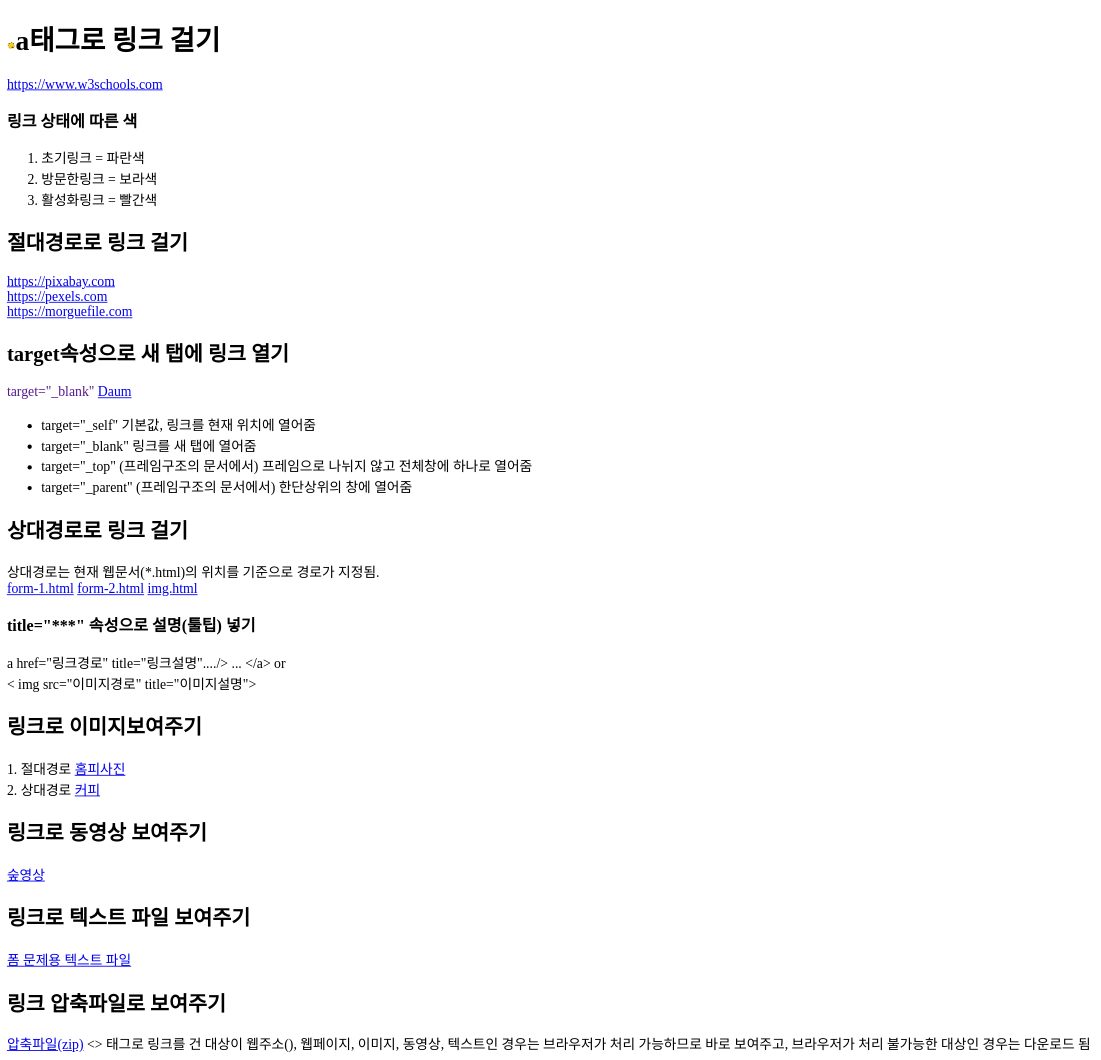
Repository: ReadStar/Web
Page: Html/html5/WebContent/A.html
An editor plug-in stored every save of this project. The page is shown before and after the next save, followed by the edit.
The browser window is 1280 px wide. The pictures show the whole page, at 86% of full size.

Above is the page before, as saved 2020-08-20 08:22:46.

After the next save:
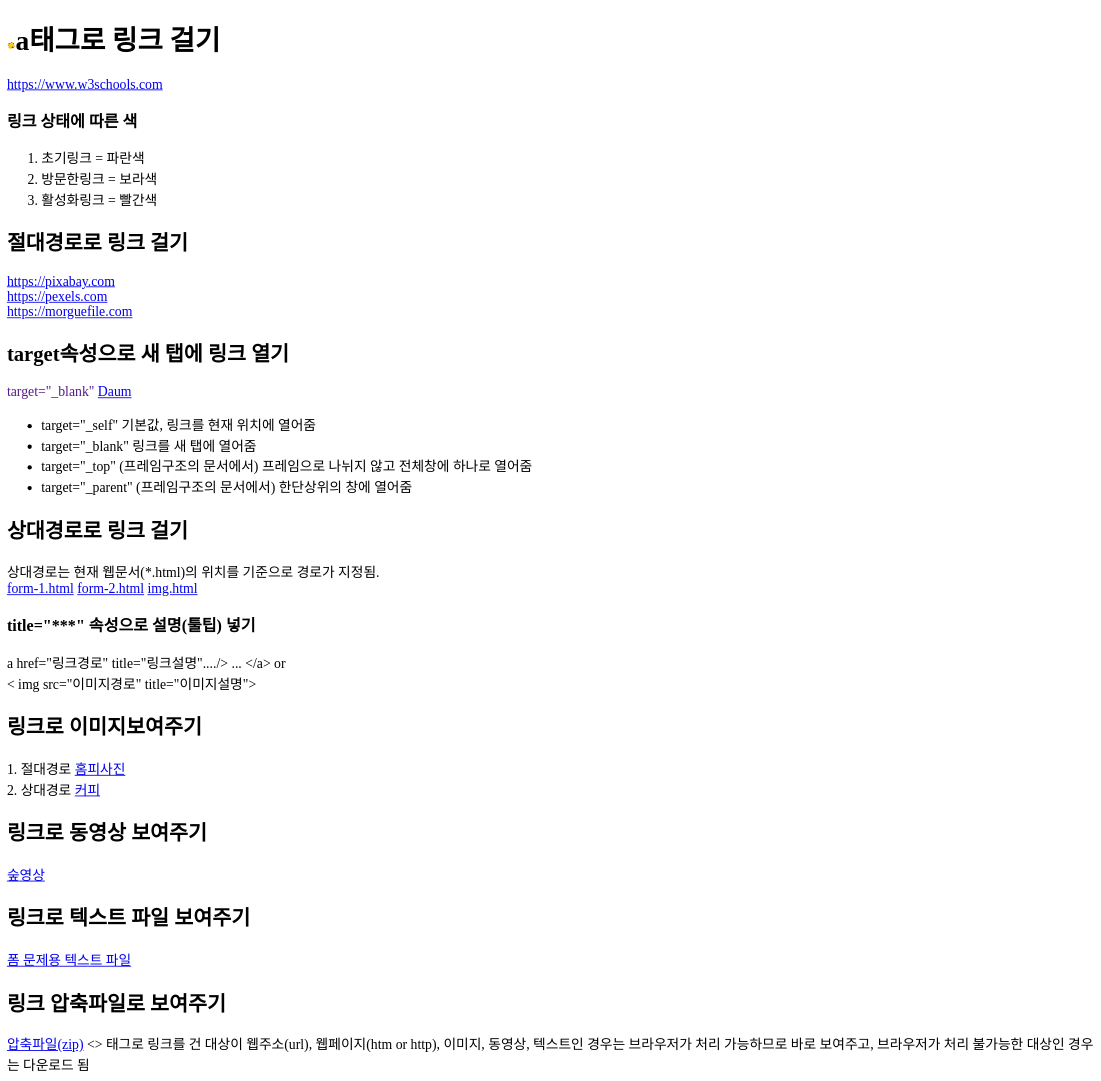
Saved 48 s later.
--- a/Html/html5/WebContent/A.html
+++ b/Html/html5/WebContent/A.html
@@ -58,7 +58,7 @@ or <br>
 <h2>링크 압축파일로 보여주기</h2>
 <a href="압축파일.zip">압축파일(zip)</a>
 <>
-태그로 링크를 건 대상이 웹주소(), 웹페이지, 이미지, 동영상, 텍스트인 경우는 브라우저가 처리 가능하므로 바로 보여주고,
+태그로 링크를 건 대상이 웹주소(url), 웹페이지(htm or http), 이미지, 동영상, 텍스트인 경우는 브라우저가 처리 가능하므로 바로 보여주고,
 브라우저가 처리 불가능한 대상인 경우는 다운로드 됨
 </body>
 </html>
